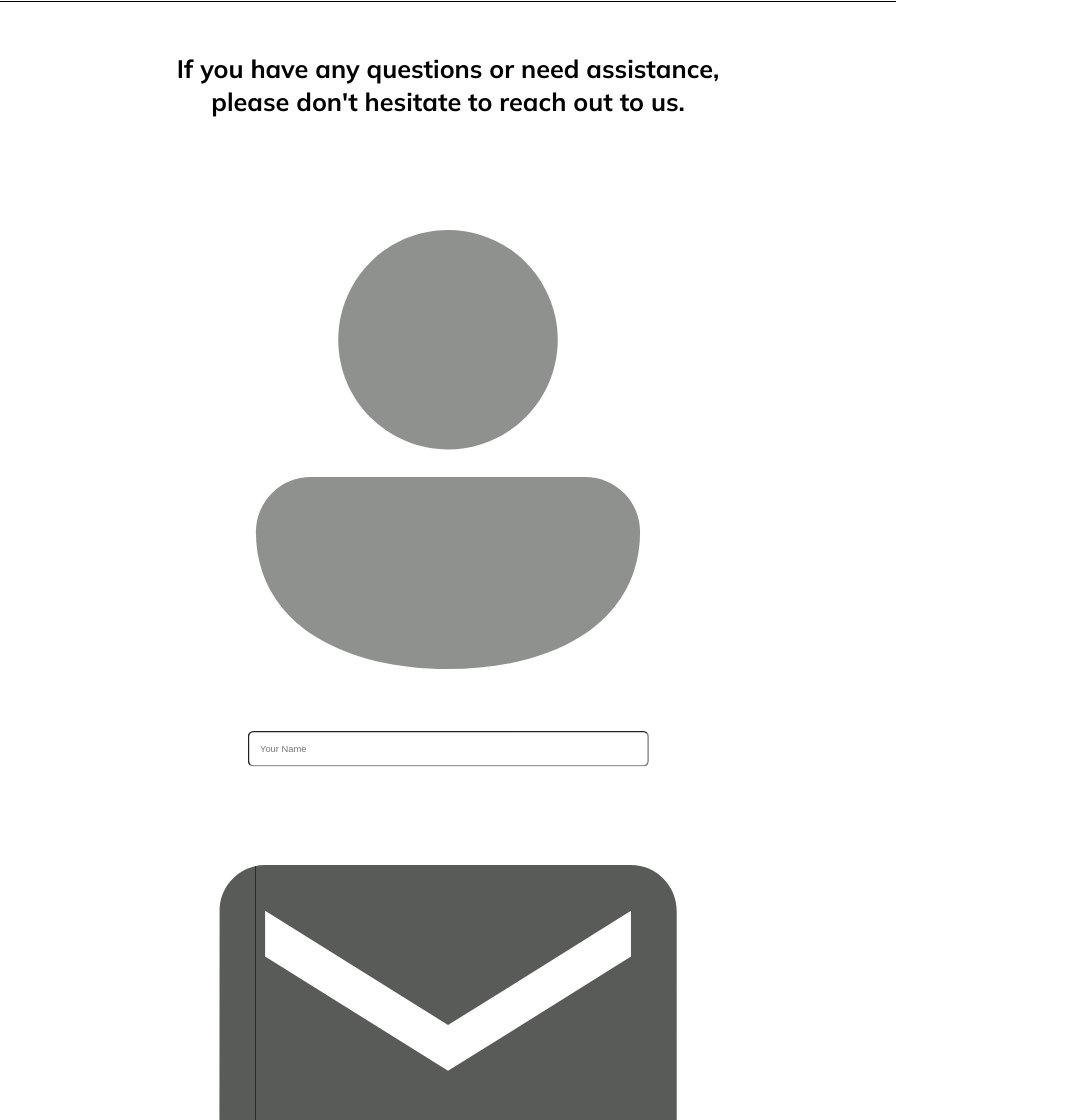
Repository: nacossuil/Uil-Nacos-Web
Page: /contact (app in frontend/)
These files come from the project's save history. The page is drawn as it stood at one moment and after the next save; the edit follows.
The browser window is 1280 px wide. The page is 1280 px wide, then 1528 px, so the pictures cover 1528 px, including what lies to the right of the window. The pictures show the part of the page from y = 363 to 1963 px (the page is 4054 px tall before and 2160 px after), at 70% of full size.
The project was rebuilt for these pictures with package versions that can differ from the ones it lists, and the page was loaded fresh each time. Also part of the build but not shown: frontend/vite.config.js, frontend/src/components/Home/About/About.jsx, frontend/src/components/Home/Hero/Hero.jsx, frontend/src/pages/Home/HomePage.jsx, frontend/src/pages/About/AboutPage.jsx, frontend/src/pages/Events/EventsPage.jsx, frontend/src/pages/Opportunities/tempData.js, frontend/src/pages/Opportunities/OpportunitiesPage.jsx and 1 more.

Above is the page before, as saved 2023-11-15 11:02:16.

### frontend/index.html
<!doctype html>
<html lang="en">

<head>
  <meta charset="UTF-8" />
  <link rel="icon" type="image/svg+xml" href="./src/assets/nacos-logo.svg" />
  <meta name="viewport" content="width=device-width, initial-scale=1.0" />
  <title>NACOS</title>
</head>

<body>
  <div id="root"></div>
  <script type="module" src="/src/main.jsx"></script>
</body>

</html>

### frontend/src/App.jsx
import { useState } from "react";
import "./App.css";
import Navbar from "./components/Navbar/Navbar";
import { Routes, Route } from "react-router-dom";
import HomePage from "./pages/Home/HomePage";
import ContactPage from "./pages/Contact/ContactPage";
import Footer from "./components/Footer/Footer";
import AboutPage from "./pages/About/AboutPage";
import EventsPage from "./pages/Events/EventsPage";
import OpportunitiesPage from "./pages/Opportunities/OpportunitiesPage";
import CgpaCalculatorPage from "./pages/CgpaCalculator/CgpaCalculatorPage";
import ScrollToTop from "./assets/up-arrow-icon.svg?react";
function App() {
  const [scrollToTopVisible, setScrollToTopVisible] = useState(false);

  const toggleVisible = () => {
    const scrolled = document.documentElement.scrollTop;
    if (scrolled > 300) {
      setScrollToTopVisible(true);
    } else if (scrolled <= 300) {
      setScrollToTopVisible(false);
    }
  };

  const scrollToTop = () => {
    window.scrollTo({
      top: 0,
      behavior: "smooth",
    });
  };
  window.addEventListener("scroll", toggleVisible);
  return (
    <main>
      <Navbar />
      <Routes>
        <Route path="/" element={<HomePage />} />
        <Route path="/about" element={<AboutPage />} />
        <Route path="/events" element={<EventsPage />} />
        <Route path="/contact" element={<ContactPage />} />
        <Route path="/opportunities" element={<OpportunitiesPage />} />
        <Route path="/cgpa-calculator" element={<CgpaCalculatorPage />} />
      </Routes>
      <Footer />
      {scrollToTopVisible ? (
        <div
          className="scroll-to-top-icon"
          onClick={() => {
            scrollToTop();
          }}
        >
          <ScrollToTop />
        </div>
      ) : null}
    </main>
  );
}

export default App;

### frontend/src/index.css
@import url('https://fonts.googleapis.com/css2?family=DM+Sans:opsz,wght@9..40,300;9..40,400;9..40,500;9..40,600;9..40,700&family=Mulish:wght@200;300;400;500;600;700&display=swap');
:root {
    font-size: 16px;
}

* {
    box-sizing: border-box;
    margin: 0;
    padding: 0;
}

body {
    margin: 0;
}

.flexCenter {
    display: flex;
    flex-wrap: wrap;
    justify-content: center;
    align-items: center;
    text-align: center;
}

.textBig {
    font-size: 36px;
    font-weight: 700;
    line-height: 48px;
}

### frontend/src/App.css
@import url('https://fonts.googleapis.com/css2?family=DM+Sans&display=swap');

body {
  font-family: 'DM Sans', sans-serif;
}

main {
  position: relative;
  min-height: 300vh;
}

.scroll-to-top-icon {
  position: fixed;
  bottom: 16.1875rem;
  right: 6.25rem;
}

### frontend/src/components/Navbar/Navbar.jsx
import { useState } from "react";
import "./Navbar.css";
import { NavLink, Link } from "react-router-dom";

const Navbar = () => {
  // An array which contains link objects.
  // This makes it easier to add/remove links without having to tamper with existing markup
  const links = [
    {
      title: "Home",
      path: "/",
    },
    {
      title: "About",
      path: "/about",
    },
    {
      title: "Events",
      path: "/events",
    },
    {
      title: "Contact",
      path: "/contact",
    },
    {
      title: "Opportunities",
      path: "/Opportunities",
    },
    {
      title: "CGPA Calculator",
      path: "/calculator",
    },
  ];
  //state to keep track of the scroll position.
  const [scrolled, setScrolled] = useState(false);

  // function to toggle state when scrolled
  const toggle = () => {
    if (window.scrollY > 40) {
      setScrolled(true);
    } else {
      setScrolled(false);
    }
  };
  window.addEventListener("scroll", toggle);

  return (
    <header className={scrolled ? "scrolled" : ""}>
      <Link to={"/"}>
        <div>
          <img src="/src/assets/nacos-logo.svg" alt="" />
          <img src="/src/assets/unilorin-logo.svg" alt="" />
        </div>
      </Link>
      <nav>
        {/* Mapping over the links array and generating individual links
        The key for each link is it's title  */}
        {links.map((link) => (
          <NavLink to={link.path} key={link.title} end>
            {link.title}
          </NavLink>
        ))}
      </nav>
    </header>
  );
};

export default Navbar;

### frontend/src/pages/Contact/ContactPage.jsx
import './ContactPage.css'
import Img from '../../assets/customer-support.png'
import Person from '../../assets/fluent_person-20-filled.svg'
import Email from '../../assets/email-icon.svg'
import Ic from '../../assets/ic_outline-subject.svg'
import AntDesign from '../../assets/ant-design_message-filled.svg'

const ContactPage = () => {
  return (
    <section className="c-wrapper">
      <div className="flexCenter c-container">
        <div className="flexCenter first">
          <div className="c-heading">
            <h1 className="textBig">Contact Us</h1>
          </div>
          <div className="image-container">
            <img src={Img} alt="bgImg" />
          </div>
        </div>
        <div className="second">
          <div className="textBig s-text">
            If you have any questions or need assistance, please {`don't`}{' '}
            hesitate to reach out to us.
          </div>
          <form className="form">
            <img src={Person} alt="person" className="icon" />
            <input type="text" placeholder="Your Name" />
            <img src={Email} alt="person" className="icon" />
            <input type="text" placeholder="Email Address" />
            <img src={Ic} alt="person" className="icon" />
            <input type="text" placeholder="Subject" />
            <img src={AntDesign} alt="" />
            <input type="text" placeholder="Message" />
          </form>
        </div>
      </div>
    </section>
  )
}

export default ContactPage

### frontend/src/components/Footer/Footer.jsx
const Footer = () => {
  return (
    <footer>Footer</footer>
  )
}

export default Footer

### frontend/src/components/Navbar/Navbar.css
/* Making minimal use of classes to avoid class colision issues and specificity problems */

header {
    height: 5.5rem;
    width: 100%;
    display: flex;
    justify-content: space-between;
    align-items: center;
    font-family: 'DM Sans', sans-serif;
    font-size: 1rem;
    padding-inline: 5rem;
    border-bottom: solid 1px #138601;
    position: sticky;
    top: 0;
    transition: background .3s;
}

nav {
    display: flex;
    gap: 1.625rem;
    /*gap provided in the desing*/

}

nav a {
    color: #212521;
    text-decoration: none;
    position: relative;
}

header div {
    display: flex;
    gap: 2rem;
}

nav a.active {
    color: #138601;
}

/* using the after pseudo-class to create horizontal bars beneath active links */
nav a.active::after {
    content: '';
    position: absolute;
    bottom: -2.125rem;
    left: 0;
    background-color: #138601;
    width: 100%;
    height: 0.25rem;
    border-radius: 0.375rem;
}

/* utility class to change background of navigation on scroll */
header.scrolled {
    background-color: #FFFFFF;
}

### frontend/src/pages/Contact/ContactPage.css
.c-wrapper {
    position: relative;
    font-family: 'Mulish', sans-serif;
}


/* first div */

.c-container .first {
    background: #dcffd7;
    width: 100%;
}

.first .c-heading {
    width: 100%;
}

.first .c-heading>h1 {
    text-align: center;
    margin: 2.8rem auto 0;
}


/* second div  */

.second {
    margin-top: 5rem;
}

.second>.s-text {
    width: 49rem;
    margin-bottom: 5rem;
}

.second input {
    display: block;
    margin: 10px auto;
    width: 573px;
    padding: 1rem;
    border-radius: 8px;
}


/* form  */

### frontend/src/pages/Opportunities/Opportunitiespage.css
.opportunities {
  /*###### CUSTOM VARIABLES ######*/
  --color-primary-tint: hsla(112, 99%, 92%);
  --color-primary-shade: hsl(112, 99%, 26%);
  --text-color: hsla(120, 6%, 14%, 1);
  --text-color-light: hsla(108, 10%, 10%, 0.8);

  --font-family: "DM Sans", sans-serif;

  --fs-heading-lg: 2.5rem;
  --fs-heading-md: 2.25rem;
  --fs-heading-sm: 1.25rem;
  --fs-text-md: 1rem;
  --fs-text-lg: 1.75rem;
  --fs-text-sm: 0.875rem;
  --fs-text-x-sm: 0.75rem;

  --line-height-text: 1.6;
  --btn-radius: 2.8vw;
  --card-radius: 17px;
  --custom-box-shadow: 0 6px 8px 0 hsla(0, 0%, 0%, 0.15);

  /* GlOBAL STYLINGS */
  font-family: var(--font-family);
}

/*###### GLOBAL RESETS ######*/
* {
  box-sizing: border-box;
  margin: 0;
  padding: 0;
}

.opportunities > * {
  font-family: inherit;
}

img {
  /* Making images responsive */
  display: block;
  width: 100%;
}

/*###### RE-USABLE CLASSES ######*/
.container {
  /* max-width: Ideal width not decided yet */
  width: 85%;
  margin-inline: auto;
}

.justify-flex {
  display: flex;
  justify-content: space-between;
  align-items: center;
}

.heading-lg {
  font-size: var(--fs-heading-lg);
  font-weight: 600;
  margin-bottom: 2rem;
}

.heading-md {
  font-family: "Mulish", var(--font-family), sans-serif;
  font-size: var(--fs-heading-md);
  font-weight: 600;
  margin-bottom: 5rem;
}

.heading-sm {
  font-family: "Mulish", var(--font-family), sans-serif;
  font-size: var(--fs-heading-sm);
  margin-bottom: 0.75rem;
}

.text-md {
  font-size: var(--fs-text-md);
  font-weight: 500;
  line-height: var(--line-height-text);
  margin-bottom: 2rem;
}

.text-sm {
  font-size: var(--fs-text-sm);
  font-weight: 400;
  margin-bottom: 1rem;
}

.text-x-sm {
  font-size: var(--fs-text-x-sm);
}

.btn {
  display: inline-block;
  font-weight: 500;
  text-decoration: none;
  color: var(--color-primary-tint);
  background-color: var(--color-primary-shade);
  border: 0;
  border-radius: var(--btn-radius);
  cursor: pointer;
}

.btn-lg {
  padding: 0.625em 1.25em;
}

.btn-md {
  padding: 0.5em 1em;
  font-size: var(--fs-text-sm);
}

/*##### INTRO SECTION #####*/
.section-intro {
  padding-block: 3rem;
  background-color: var(--color-primary-tint);
  background-image: url("./../../../src/assets/Opportunities/Grid.png");
  background-size: cover;
  background-repeat: no-repeat;
}

.intro__content {
  display: grid;
  grid-template-columns: repeat(2, 1fr);
  align-items: center;
}

.intro__content-img-box {
  display: grid;
  place-items: center;
}

.intro__content-img-box img {
  width: 80%;
}

/*##### RESOURCES SECTION #####*/

.section-courses {
  padding-block: 5rem;
}

.section-courses h1 {
  text-align: center;
}

.resources__cards {
  list-style-type: none;
  display: grid;
  grid-template-columns: repeat(3, 1fr);
  gap: 2rem;
}

.resources__card {
  color: var(--text-color);
  box-shadow: var(--custom-box-shadow);
  border-radius: var(--card-radius);
  overflow: hidden;
}

.resources__card .content {
  padding: 1rem;
}

/* This element would be conditionally styled in the JSX */
.resources__card .tag {
  display: inline-block;
  color: #192666;
  font-size: var(--fs-text-x-sm);
  font-weight: 500;
  background-color: #c0c6e4;
  padding: 0.3rem 0.6rem;
  border-radius: var(--btn-radius);
}

### frontend/src/pages/CgpaCalculator/cgpa.css
@import url('https://fonts.googleapis.com/css2?family=Mulish&display=swap');

#cgpa-container {
    box-shadow: 0px 32px 40px 12px rgba(0, 0, 0, 0.08);
}

#CGC-container {
    border: 1px solid rgba(33, 37, 33, 0.24);
}

#course {
    padding: 12px 68px 12px 16px;
    color: rgba(33, 37, 33, 0.50);
    border-right: 1px solid rgba(33, 37, 33, 0.24);
}

#grade-select {
    padding: 12px 20px 12px 16px;
    border-right: 1px solid rgba(33, 37, 33, 0.24);
    color: rgba(33, 37, 33, 0.50);
}


#credits {
    padding: 12px 20px 12px 16px;
    color: rgba(33, 37, 33, 0.50);
}

#add-btn {
    padding: 14px 31px;
    justify-content: center;
    align-items: center;
    border-radius: 100px;
    border: 1px solid #138601;
}

#calc-btn {
    padding: 14px 82px 14px 78px;
    border-radius: 100px;
    align-items: center;
}

#credits-section {
    border: 1px solid rgba(33, 37, 33, 0.20);
    width: 350px;
    padding: 12px 0px;
    display: flex;
    flex-direction: column;
    justify-content: center;
    align-items: center;
    gap: 4px;
    color: rgba(33, 37, 33, 0.50);
}

#cgpa-section {

    display: flex;
    width: 350px;
    padding: 12px 0px;
    flex-direction: column;
    justify-content: center;
    align-items: center;
    gap: 4px;
    border: 1px solid rgba(33, 37, 33, 0.20);
    color: rgba(33, 37, 33, 0.50);
}

#credit-count {
    font-family: 'Mulish', sans-serif;
}

#cgpa-count {
    font-family: 'Mulish', sans-serif;
}

#grade {
    color: rgba(33, 37, 33, 0.50);
}

#grade-bar {
    width: 524px;
    height: 24px;
    flex-shrink: 0;
    border-radius: 100px;
    border: 1px solid rgba(33, 37, 33, 0.12);
    background: #FFF;
}

### frontend/src/components/Shared/Values/Values.jsx
import './values.css'
import { RxRocket } from 'react-icons/rx'
import { TbTargetArrow } from 'react-icons/tb'
import { IoBulbOutline } from 'react-icons/io5'

const values = [
    {
        icon: <RxRocket />,
        title: "Our Mission",
        text: "Is to become a network of committed Student IT Professionals determined to stimulate the technology, innovation and entrepreneurship scene in Nigeria. To develop a vibrant ecosystem that drives digital inclusion across all tertiary Institutions"
    },
    {
        icon: <TbTargetArrow />,
        title: "Our Aims",
        text: `We aim to serve both professional and public interests by fostering the open interchange of information and by promoting the highest professional and ethical standards.
        To protect the image and safeguard the interest of the Computing profession.`
    }, {
        icon: <IoBulbOutline />,
        title: "Why NACOS (Unilorin) ?",
        text: `Ww aim to serve both professional and public interests by fostering the open interchange of information and by promoting the highest professional and ethical standards.
        To protect the image and safeguard the interest of the Computing profession.`
    },
]

const Values = () => {
    return (
        <div className='values'>
            {
                values.map(({ icon, title, text }) => (
                    <div className='value'>
                        <div className="value__icon">
                            {icon}
                        </div>
                        <div className="value__title">
                            {title}
                        </div>
                        <div className="value__text">
                            {text}
                        </div>
                    </div>
                ))
            }
        </div>
    )
}

export default Values

Loaded but not shown: frontend/src/main.jsx (common file); frontend/src/components/Home/About/About.css (no stored copy; drawn as an empty file); frontend/src/components/Home/Hero/hero.css (no stored copy; drawn as an empty file); frontend/src/components/Shared/Values/values.css (no stored copy; drawn as an empty file); frontend/src/pages/Home/HomePage.css (no stored copy; drawn as an empty file)

After the next save:
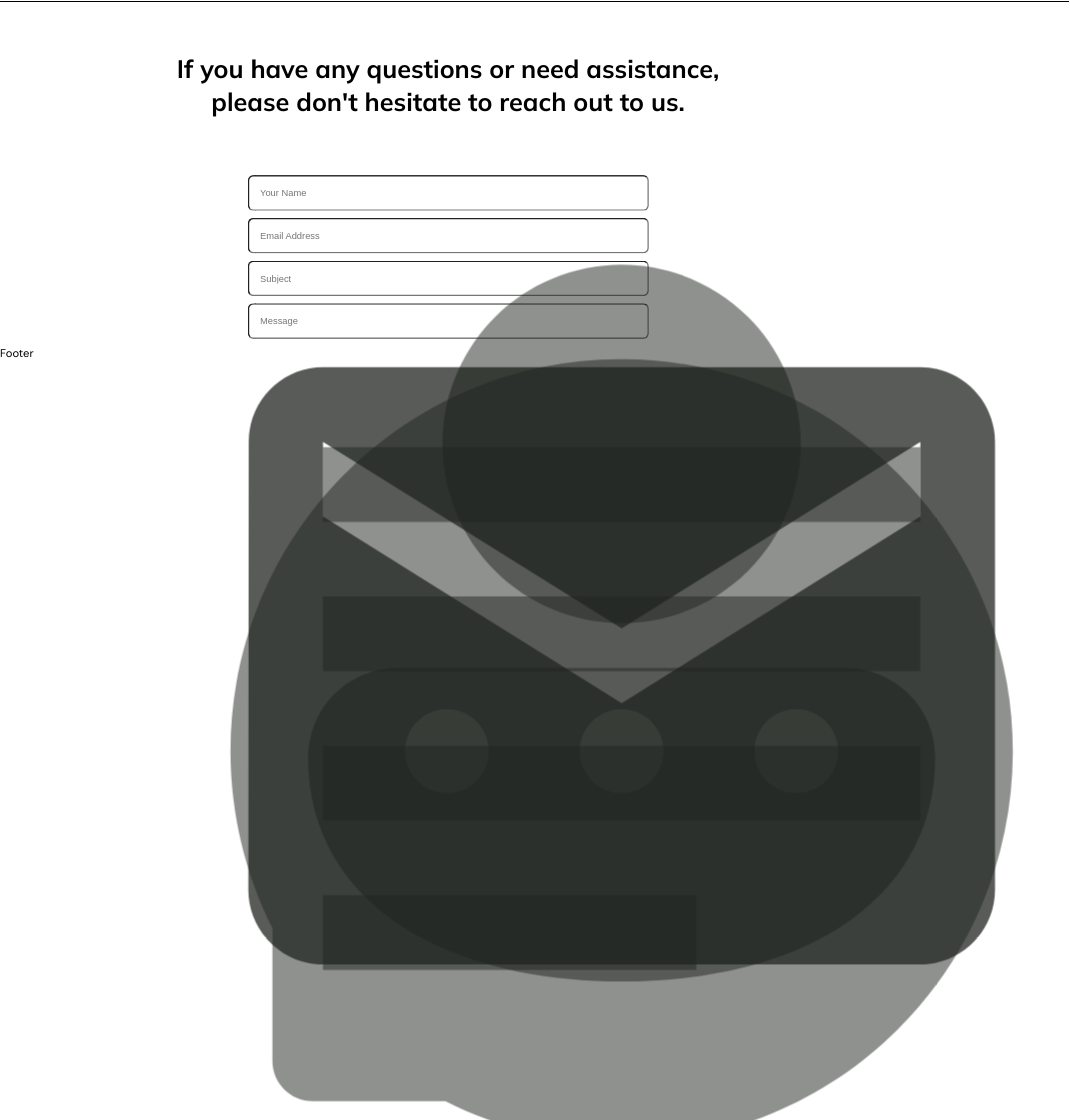
Saved 24 s later.
--- a/frontend/src/pages/Contact/ContactPage.css
+++ b/frontend/src/pages/Contact/ContactPage.css
@@ -42,3 +42,7 @@
 
 
 /* form  */
+
+.form>img {
+    position: absolute;
+}
